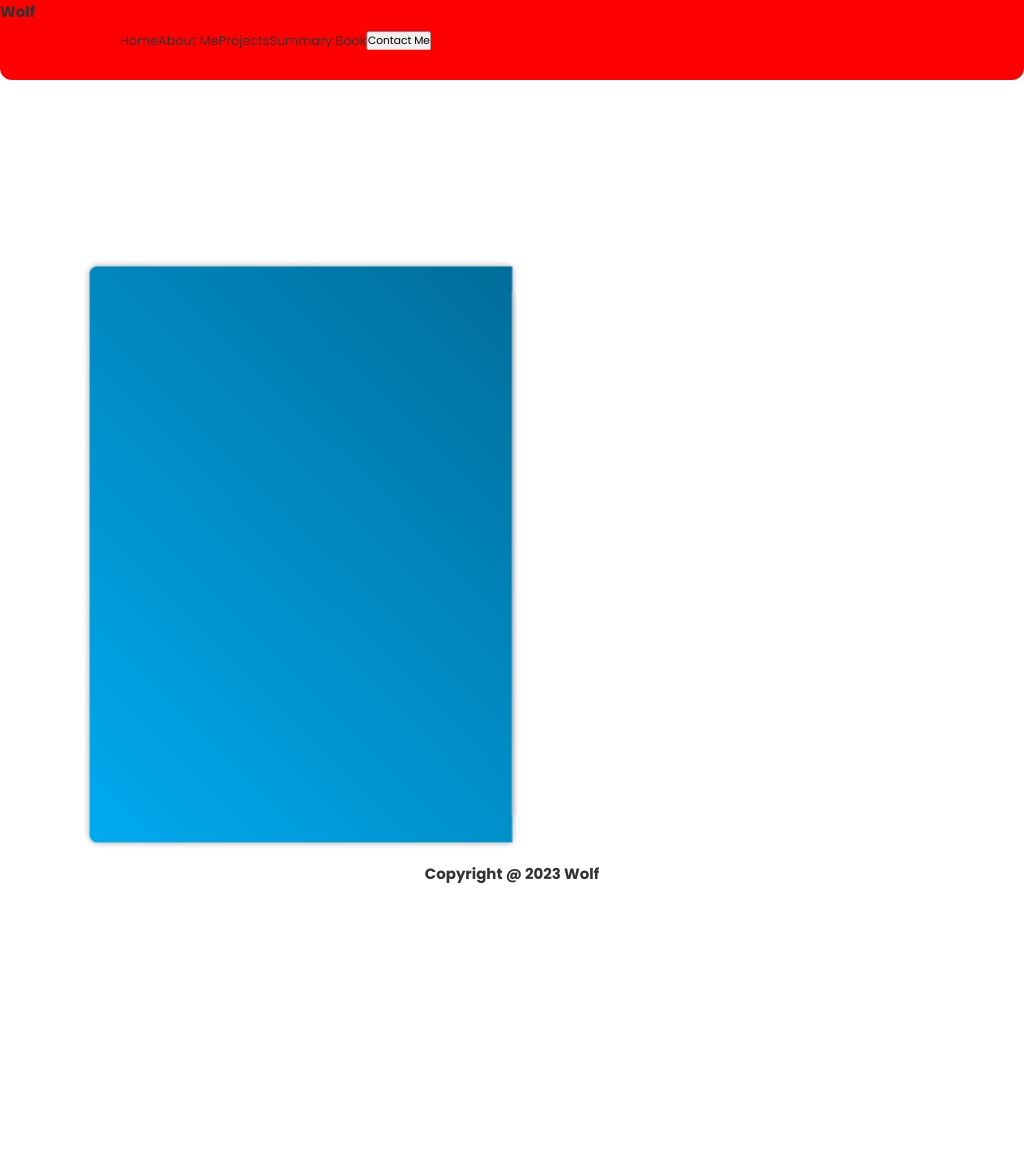
Repository: Ego-Wolf/Portfolio
Page: index.html
These files come from the project's save history. The page is drawn as it stood at one moment and after the next save; the edit follows.
The browser window is 1280 px wide. The pictures show the whole page, at 80% of full size.
Pictures or frames that could not be fetched are drawn as grey boxes.

Above is the page before, as saved 2023-12-14 16:48:36.

After the next save:
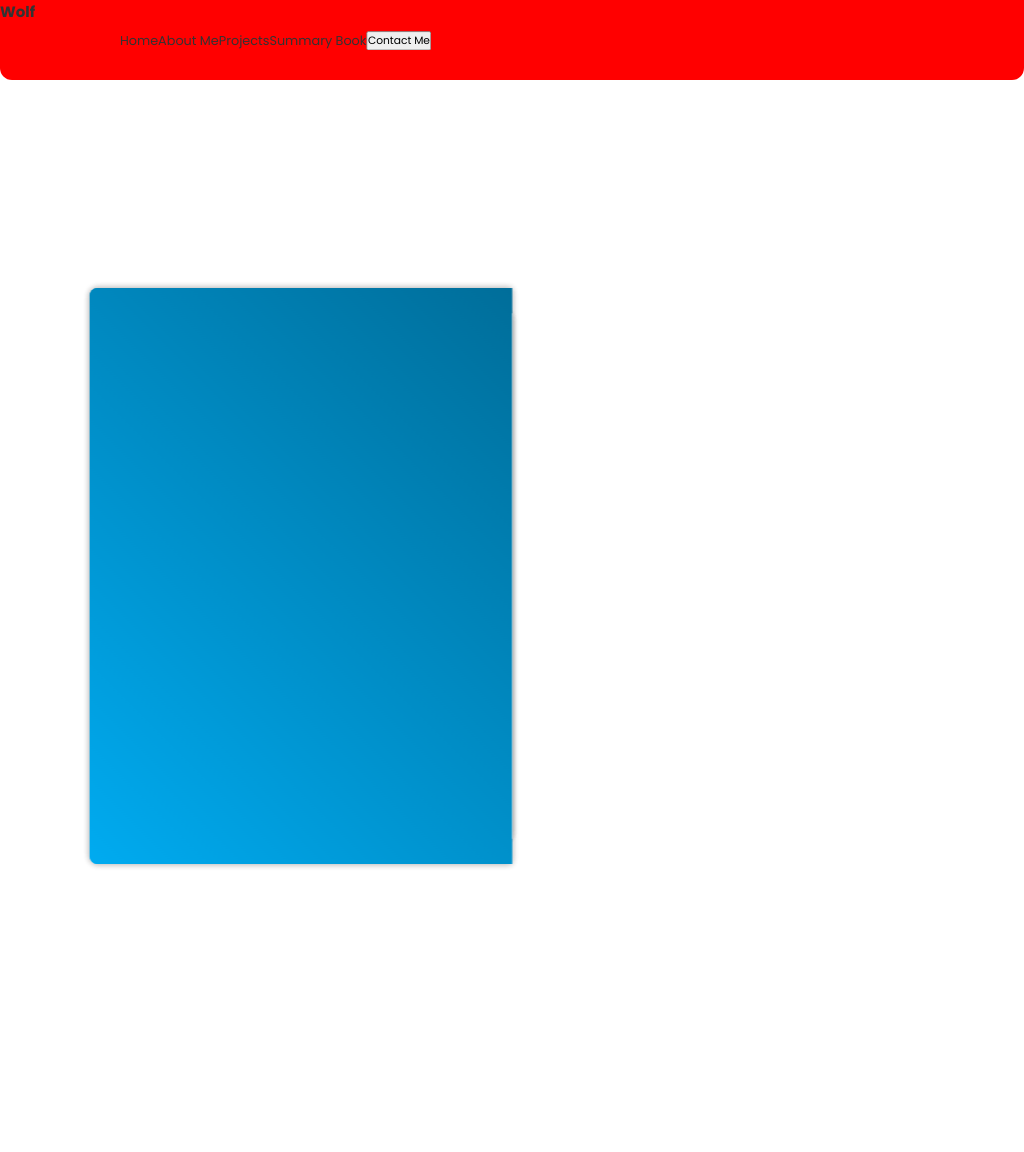
Saved 7 min 3 s later.
--- a/index.html
+++ b/index.html
@@ -261,9 +261,9 @@
                 </div>
 
                 <!-- Page 7 -->
-                <!-- <div class="book-page page-right turn" id="turn-3">
-                    <img src="./assets/wolf-book.png" alt="">
-                </div> -->
+                <div class="book-page page-right turn" id="turn-3">
+                    <!-- Page 5 (latest project or my portfolio) -->
+                    <div class="page-front">
             </div>
         </div><br>
 
